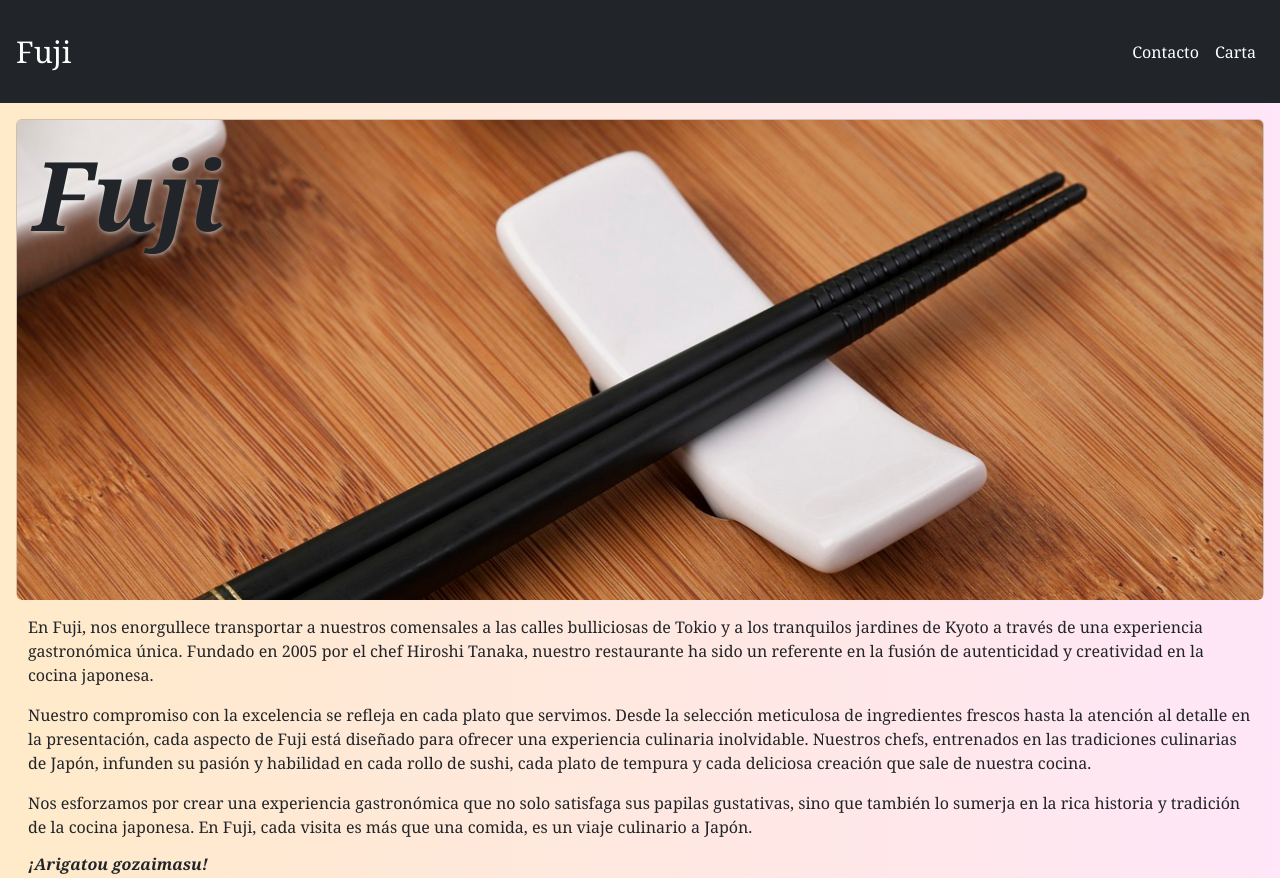
Repository: aipacheco/Fuji-restaurante
Page: index.html
The author's editor kept a copy of each file at every save. The page is drawn from the files as they stood at one save, then again after the next save.
The browser window is 1280 px wide. The pictures show the part of the page from y = 0 to 878 px (the page is 1337 px tall).
A picture or video elsewhere on the page could not be fetched, so the positions and the page height are approximate. Some web libraries are served in a nearby version.

Above is the page before, as saved 2024-01-29 18:19:36.

### index.html
<!DOCTYPE html>
<html lang="en">
  <head>
    <meta charset="UTF-8" />
    <meta name="viewport" content="width=device-width, initial-scale=1.0" />

    <link
      href="https://cdn.jsdelivr.net/npm/bootstrap@5.3.2/dist/css/bootstrap.min.css"
      rel="stylesheet"
      integrity="sha384-T3c6CoIi6uLrA9TneNEoa7RxnatzjcDSCmG1MXxSR1GAsXEV/Dwwykc2MPK8M2HN"
      crossorigin="anonymous"
    />
    <link rel="stylesheet" href="./css/styles.css" />
    <title>Restaurante Fuji</title>
  </head>

  <body>
    <!-- Navbar -->
    <nav class="navbar navbar-expand-lg bg-dark" data-bs-theme="dark">
      <a class="navbar-brand d-flex align-items-center m-3" href="./index.html">
        <span id="icon">Fuji</span>
      </a>

      <button
        class="navbar-toggler m-3"
        type="button"
        data-toggle="collapse"
        data-target="#navbarNavDropdown"
        aria-controls="navbarNavDropdown"
        aria-expanded="false"
        aria-label="Toggle navigation"
      >
        <span class="navbar-toggler-icon"></span>
      </button>

      <div
        class="collapse navbar-collapse justify-content-end m-3"
        id="navbarNavDropdown"
      >
        <ul class="navbar-nav align-items-center">
          <li class="nav-item active m-2">
            <a href="/contact.html">Contacto</a>
          </li>
          <li class="nav-item active m-2">
            <a href="/menu.html">Carta</a>
          </li>
        </ul>
      </div>
    </nav>

    <div class="card img-restaurante m-3">
      <img
        src="./img/restaurante.jpg"
        class="card-img img-restaurante"
        alt="..."
      />
      <div class="card-img-overlay">
        <h1 class="card-title jumbotron"><i>Fuji</i></h1>
      </div>
    </div>

    <div class="row d-flex justify-content-center m-3">
      <p>
        En Fuji, nos enorgullece transportar a nuestros comensales a las
        calles bulliciosas de Tokio y a los tranquilos jardines de Kyoto a
        través de una experiencia gastronómica única. Fundado en 2005 por el
        chef Hiroshi Tanaka, nuestro restaurante ha sido un referente en la
        fusión de autenticidad y creatividad en la cocina japonesa.
      </p>

      <p>
        Nuestro compromiso con la excelencia se refleja en cada plato que
        servimos. Desde la selección meticulosa de ingredientes frescos hasta la
        atención al detalle en la presentación, cada aspecto de Fuji
        está diseñado para ofrecer una experiencia culinaria inolvidable.
        Nuestros chefs, entrenados en las tradiciones culinarias de Japón,
        infunden su pasión y habilidad en cada rollo de sushi, cada plato de
        tempura y cada deliciosa creación que sale de nuestra cocina.
      </p>

      <p>
        Nos esforzamos por crear una experiencia gastronómica que no solo
        satisfaga sus papilas gustativas, sino que también lo sumerja en la rica
        historia y tradición de la cocina japonesa. En Fuji, cada visita
        es más que una comida, es un viaje culinario a Japón.
      </p>

      <h6><strong><i>¡Arigatou gozaimasu!</i></strong></h6>
    </div>


    <div class="row d-flex justify-content-center text-center m-3">
      <div class="col-12 col-md-6 col-lg-4">
        <div class="card">
          <img
            src="https://images.pexels.com/photos/12032526/pexels-photo-12032526.jpeg?auto=compress&cs=tinysrgb&w=1260&h=750&dpr=1"
            class="card-img-top"
            alt="..."
          />
          <div class="card-body">
            <p class="card-text">
              Descubre la elegancia y autenticidad en cada rincón de nuestro
              restaurante japonés, donde cuidamos cada detalle para que disfrutes toda la experiencia.
            </p>
          </div>
        </div>
      </div>

      <div class="col-12 col-md-6 col-lg-4">
        <div class="card">
          <img
            src="https://images.pexels.com/photos/6249501/pexels-photo-6249501.jpeg"
            class="card-img-top"
            alt="..."
          />
          <div class="card-body">
            <p class="card-text">
              Sumérgete en la frescura y exquisitez del sashimi, una experiencia
              única para los amantes del pescado crudo.
            </p>
          </div>
        </div>
      </div>
      <div class="col-12 col-md-6 col-lg-4">
        <div class="card">
          <img
            src="https://images.pexels.com/photos/4071381/pexels-photo-4071381.jpeg?auto=compress&cs=tinysrgb&w=1260&h=750&dpr=1"
            class="card-img-top"
            alt="..."
          />
          <div class="card-body">
            <p class="card-text">
              Descubre la armonía de sabores en cada bocado, preparados con
              maestría por nuestros chefs expertos.
            </p>
          </div>
        </div>
      </div>
    </div>

    <script src="https://code.jquery.com/jquery-3.2.1.slim.min.js"></script>
    <script src="https://cdnjs.cloudflare.com/ajax/libs/popper.js/1.12.9/umd/popper.min.js"></script>
    <script src="https://maxcdn.bootstrapcdn.com/bootstrap/4.0.0/js/bootstrap.min.js"></script>
  </body>
</html>

### css/styles.css
body {
  font-family: Georgia, "Times New Roman", Times, serif !important;
  margin: 0;
  padding: 0;
  background: rgb(255, 234, 201);
  background: linear-gradient(
    90deg,
    rgba(255, 234, 201, 1) 0%,
    rgba(255, 230, 248, 1) 100%
  );
  /* height: 100vh;
  width: 100vw; */
}
/* div {
  border: 1px solid red;
} */
nav a{
  text-decoration: none;
  color: white;
}
#icon {
  font-size: 1.5em;
}
.img-restaurante{
  max-height: 30em;
  width: auto;
  object-fit: cover;
}
textarea {
  resize: none !important;
}
.card {
  background-color: rgba(250, 235, 215, 0.212);
  transition: 0.5s;
}
.card:hover{
  box-shadow: 6px 5px 10px 1px rgba(0,0,0,0.75);
  transition: 0.5s;
}
.card-footer{
  background-color: rgb(255, 241, 241);

}
.card-title{
  font-weight: bold;
}
.jumbotron{
  font-size: 6em;
  text-shadow: 1px 1px 4px #ffffff92, 1px 1px 15px #ededed50;
}

.img-menu {
  max-height: 17em;
  width: auto;
  object-fit: cover;
}
.row-menu{
  margin-top: 1em;
  margin-bottom: 1em;
}
.answer{
  text-decoration: none;
  color: rgb(16, 16, 16);
}
iframe{

  height: 20em;
  padding: 0;
  margin: 0;
}

After the next save:
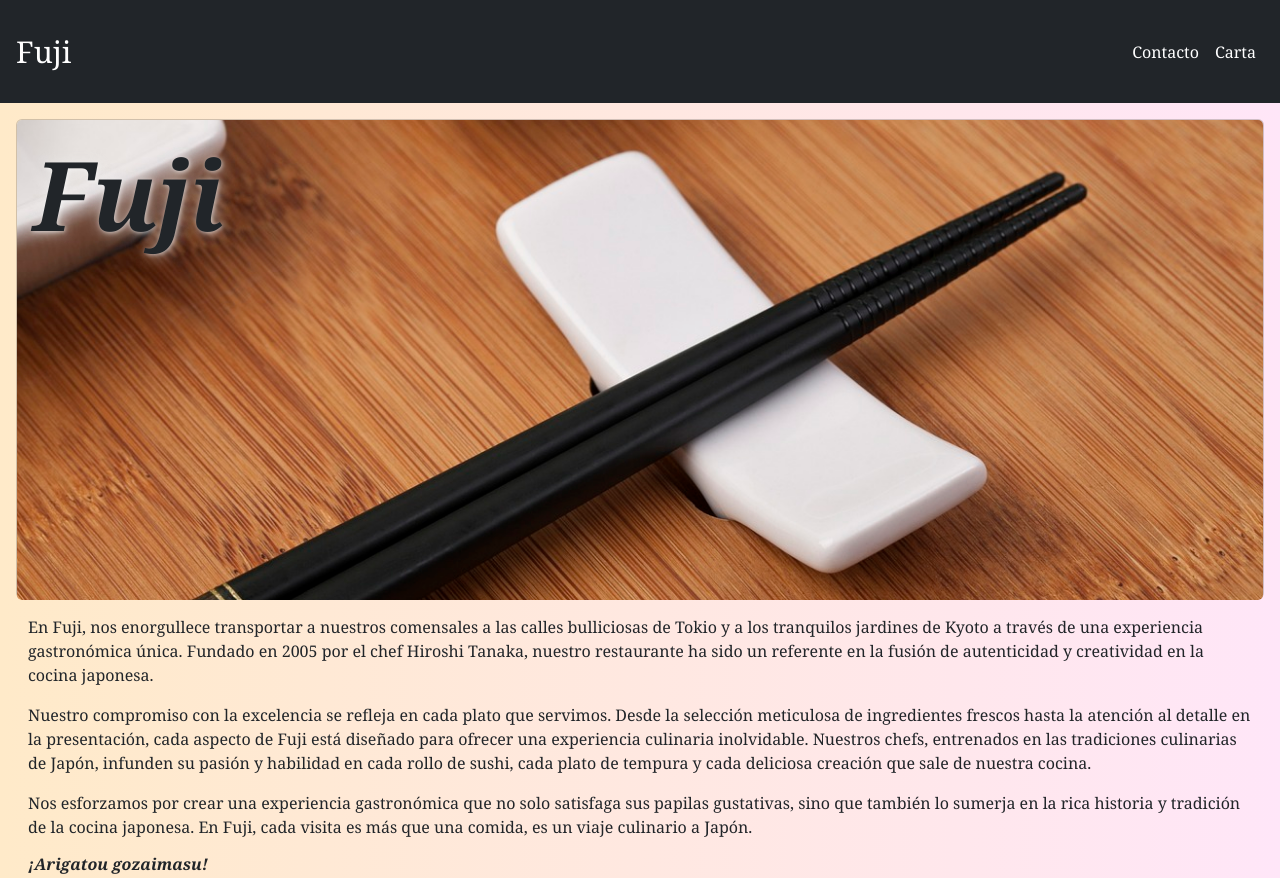
Saved 9 s later.
--- a/css/styles.css
+++ b/css/styles.css
@@ -46,7 +46,7 @@
 }
 .jumbotron{
   font-size: 6em;
-  text-shadow: 1px 1px 4px #ffffff92, 1px 1px 15px #ededed50;
+  text-shadow: 1px 1px 4px #ffffff92, 1px 1px 15px #edededa9;
 }
 
 .img-menu {

After the save that followed:
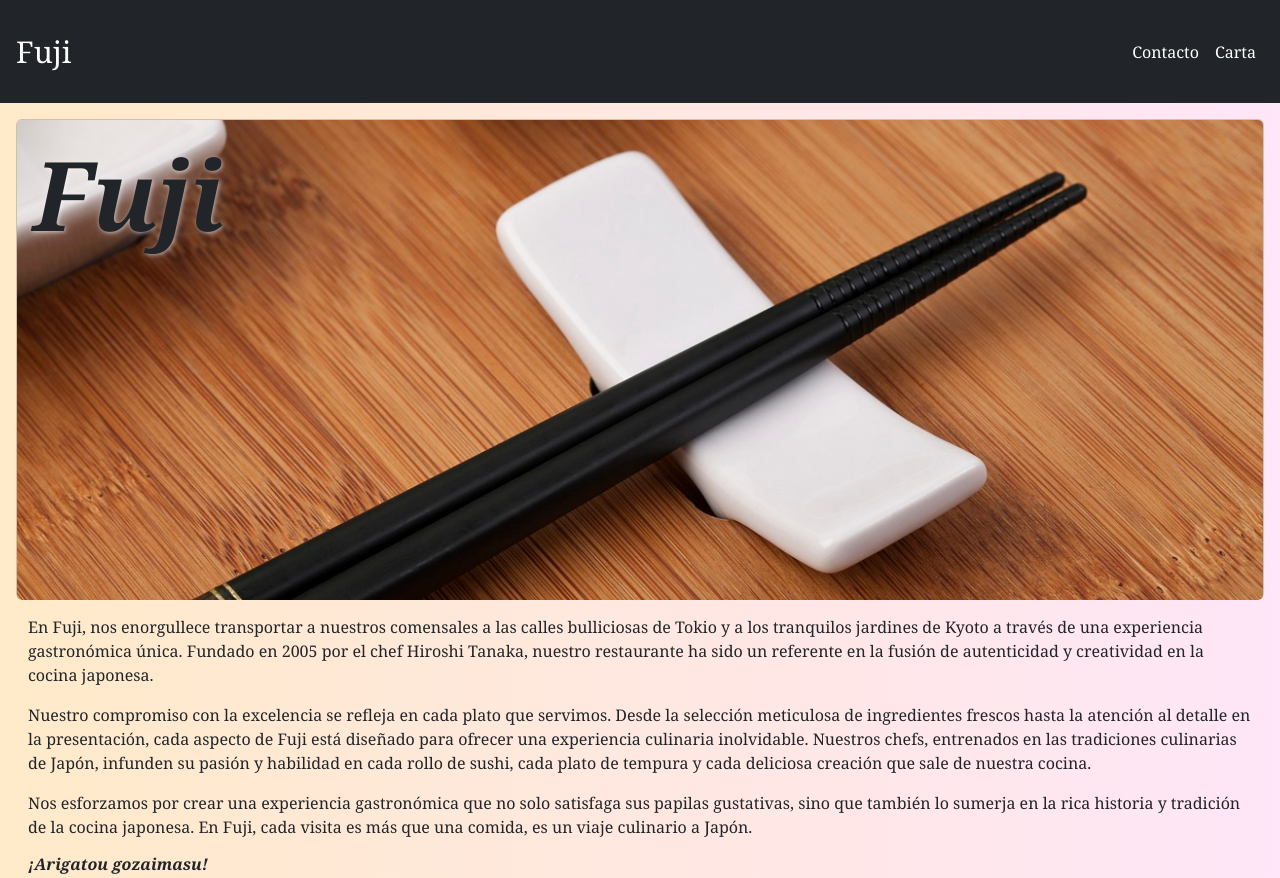
Saved 4 s later.
--- a/css/styles.css
+++ b/css/styles.css
@@ -46,7 +46,7 @@
 }
 .jumbotron{
   font-size: 6em;
-  text-shadow: 1px 1px 4px #ffffff92, 1px 1px 15px #edededa9;
+  text-shadow: 1px 1px 4px #ffffff92, 1px 1px 15px #ededed4b;
 }
 
 .img-menu {
